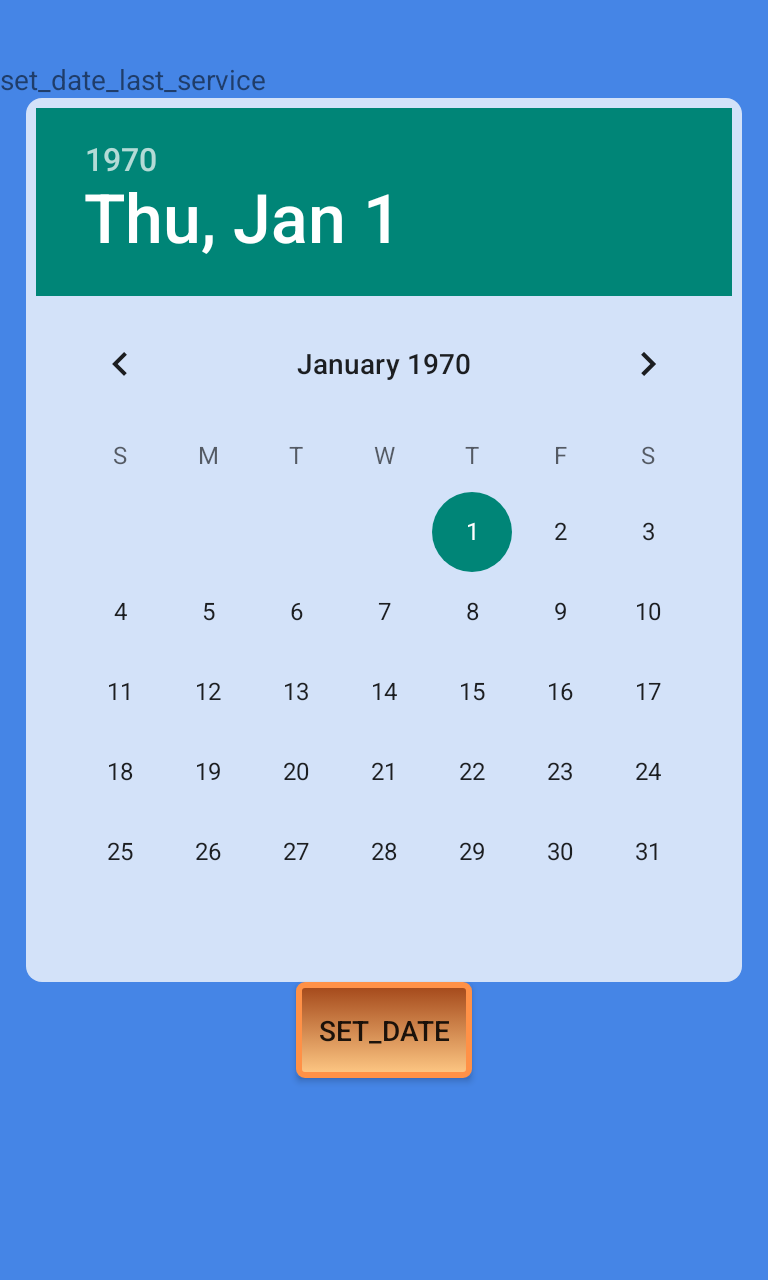
Repository: procmillie/AppKeepV9.12.14
Layout: StupidApp/res/layout/date_picker_dialog123.xml
These files come from the project's save history. The layout is drawn as it stood at one moment and after the next save; the edit follows.
It is drawn on a 768 x 1280 px phone screen (xhdpi) without system bars, with theme AppTheme; the app's code is not run. The app's manifest (not shown) leaves right-to-left support off. So textAlignment, textDirection and layoutDirection are ignored, and left and right values win over start and end ones.

Above is the layout before, as saved 2014-11-25 15:49:13.

After the next save:
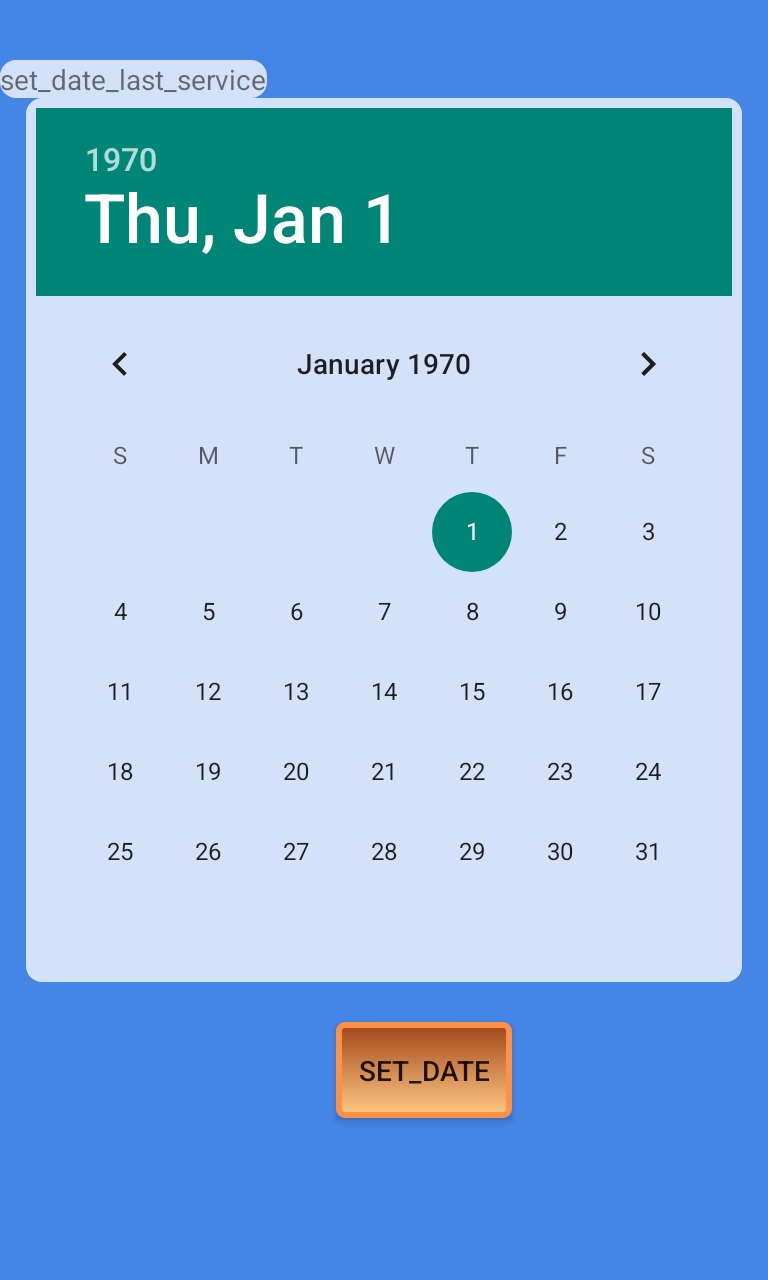
Saved 85 s later.
--- a/StupidApp/res/layout/date_picker_dialog123.xml
+++ b/StupidApp/res/layout/date_picker_dialog123.xml
@@ -13,6 +13,7 @@
          android:layout_width="wrap_content"
          android:layout_height="wrap_content"
          android:layout_marginTop="30dp"
+         android:background="@drawable/rounded_box"
          android:text="set_date_last_service" />
 
 	<DatePicker
@@ -37,6 +38,8 @@
     	android:hint="@string/set_date_hint"
     	android:layout_gravity="center"
     	android:gravity="center"
+    	android:layout_marginStart="20dp"
+        android:layout_marginTop="20dp"
    		android:text="set_date" />
 
 
